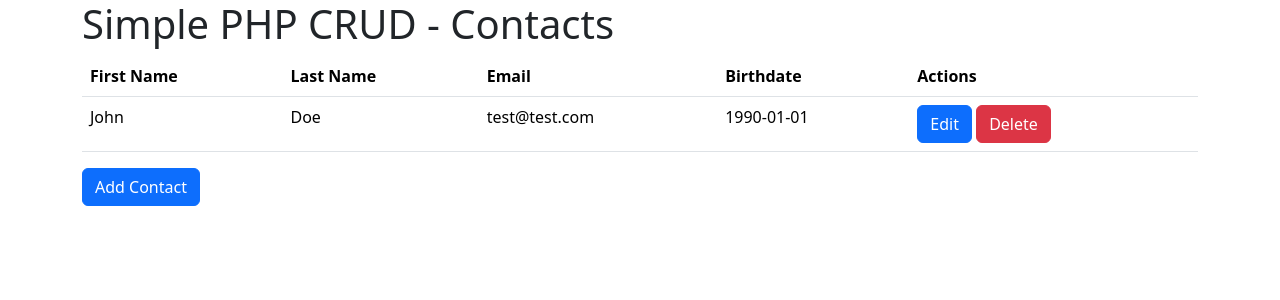
Repository: mennaabdelelhady/PHP-CRUD
Page: http://localhost/
The author's editor kept a copy of each file at every save. The page is drawn from the files as they stood at one save, then again after the next save.
The browser window is 1280 px wide. The pictures show the whole page.
The page is run by PHP 8.4 with error messages shown; the project is at /var/www/html/. Queries for data that is not in the repository find no rows.

Above is the page before, as saved 2024-12-30 04:59:46.

After the next save:
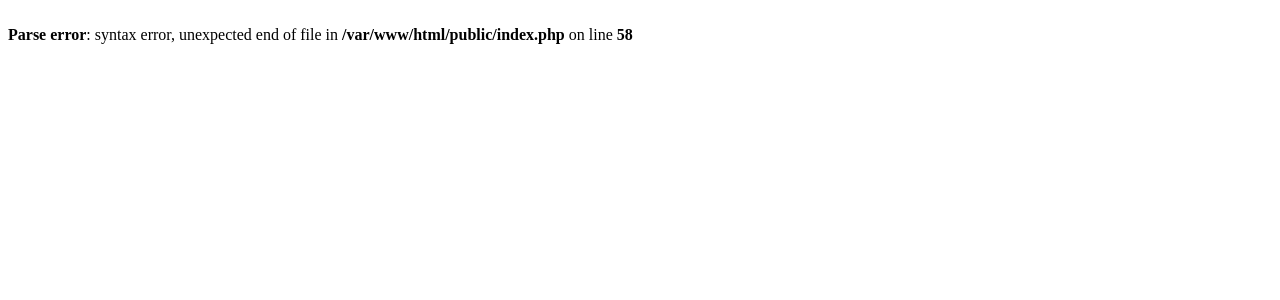
Saved 2 min 14 s later.
--- a/public/index.php
+++ b/public/index.php
@@ -30,6 +30,17 @@ $contacts = $database->getContacts();
             </tr>
         </head>
         <tbody>
+            <?php foreach ($contacts as $contact):?>
+                <tr>
+                    <td><?php echo $contact['first_name'] ?></td>
+                    <td><?php echo $contact['last_name'] ?></td>
+                    <td><?php echo $contact['email'] ?></td>
+                    <td><?php echo $contact['birthdate'] ?></td>
+                    <td>
+                        <a href="add_edit.php" class="btn btn-primary">Edit</a>
+                        <a href="delete.php" class="btn btn-danger">Delete</a>
+                    </td>
+                </tr>
             <tr>
                 <td>John</td>
                 <td>Doe</td>
